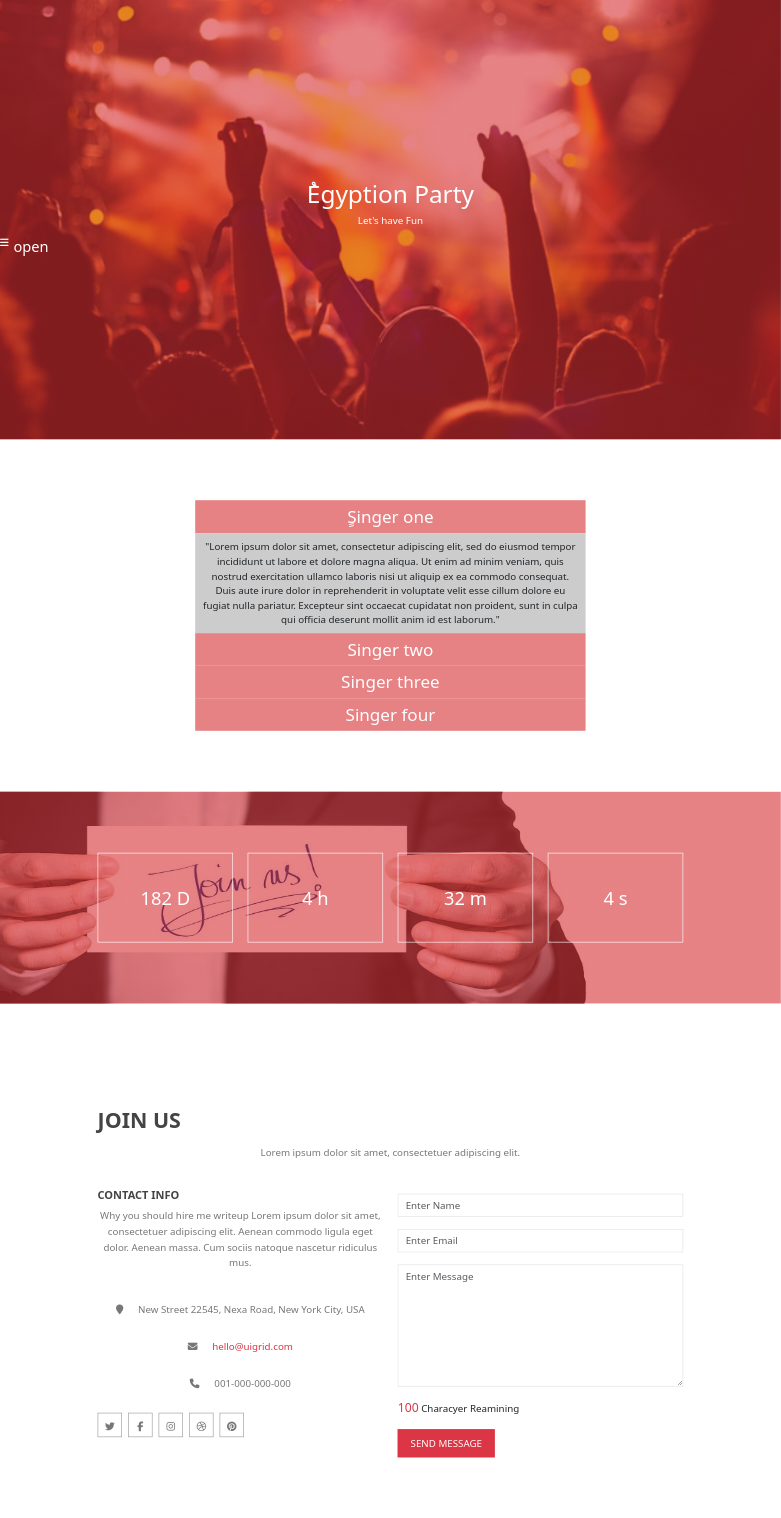
Repository: HagarYousry/jQuery
Page: index.html
These files come from the project's save history. The page is drawn as it stood at one moment and after the next save; the edit follows.
The browser window is 1280 px wide. The pictures show the whole page, at 61% of full size.

Above is the page before, as saved 2024-07-25 19:34:52.

After the next save:
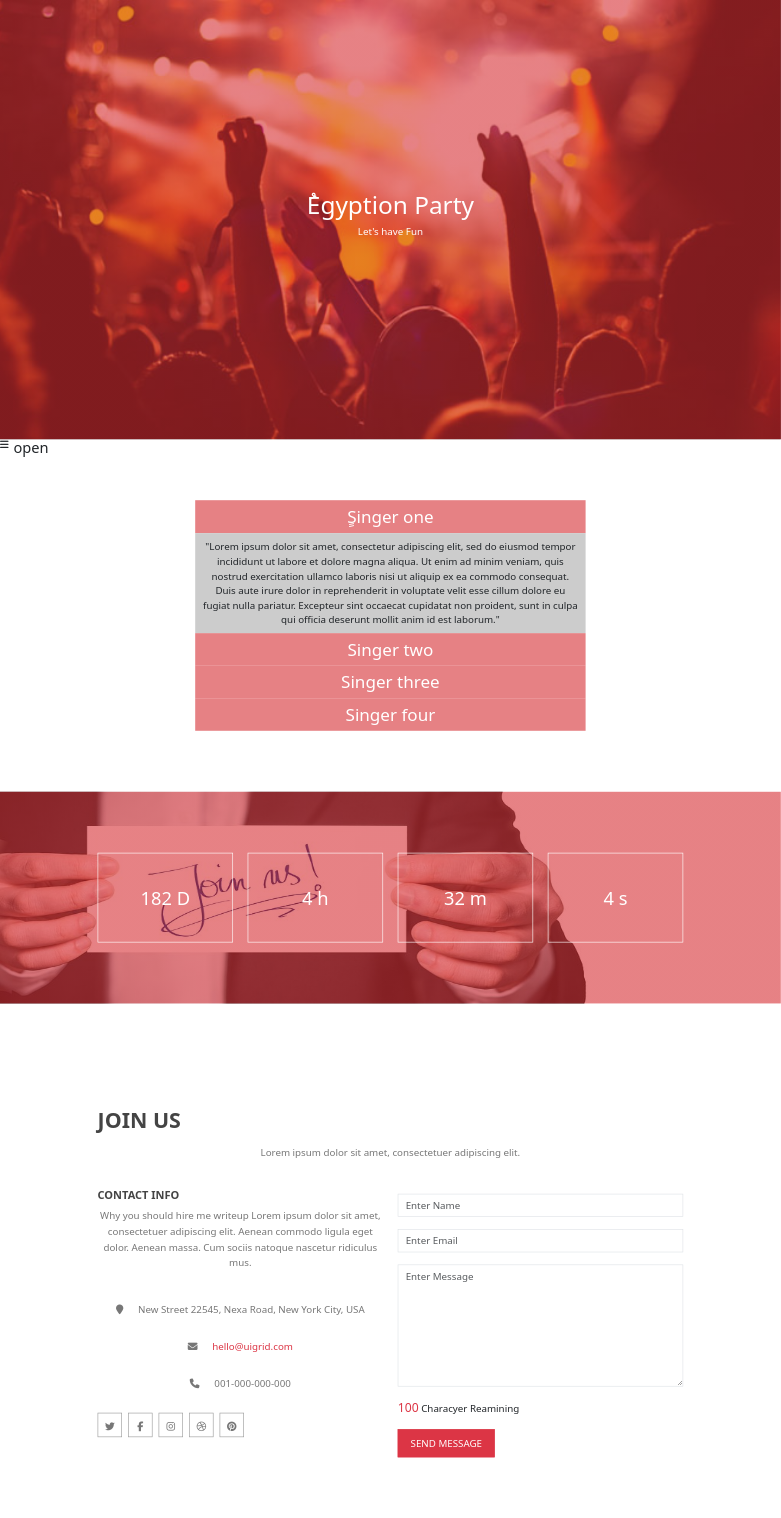
Saved 13 s later.
--- a/index.html
+++ b/index.html
@@ -29,11 +29,11 @@
             <div class="home-title d-flex justify-content-center align-items-center flex-column vh-100 text-white">
                 <h1>ُEgyption Party</h1>
                 <p>Let's have Fun</p>
-                <span class="navIcon d-flex flex-row align-self-start">
-                    <i class=" fa-solid fa-bars"></i>
-                    <h4 class="ms-2">open</h4>
-                </span>
-            </div>
+            </div>
+            <span class="navIcon d-flex flex-row align-self-start">
+                <i class=" fa-solid fa-bars"></i>
+                <h4 class="ms-2">open</h4>
+            </span>
 
 
     </div>

After the save that followed:
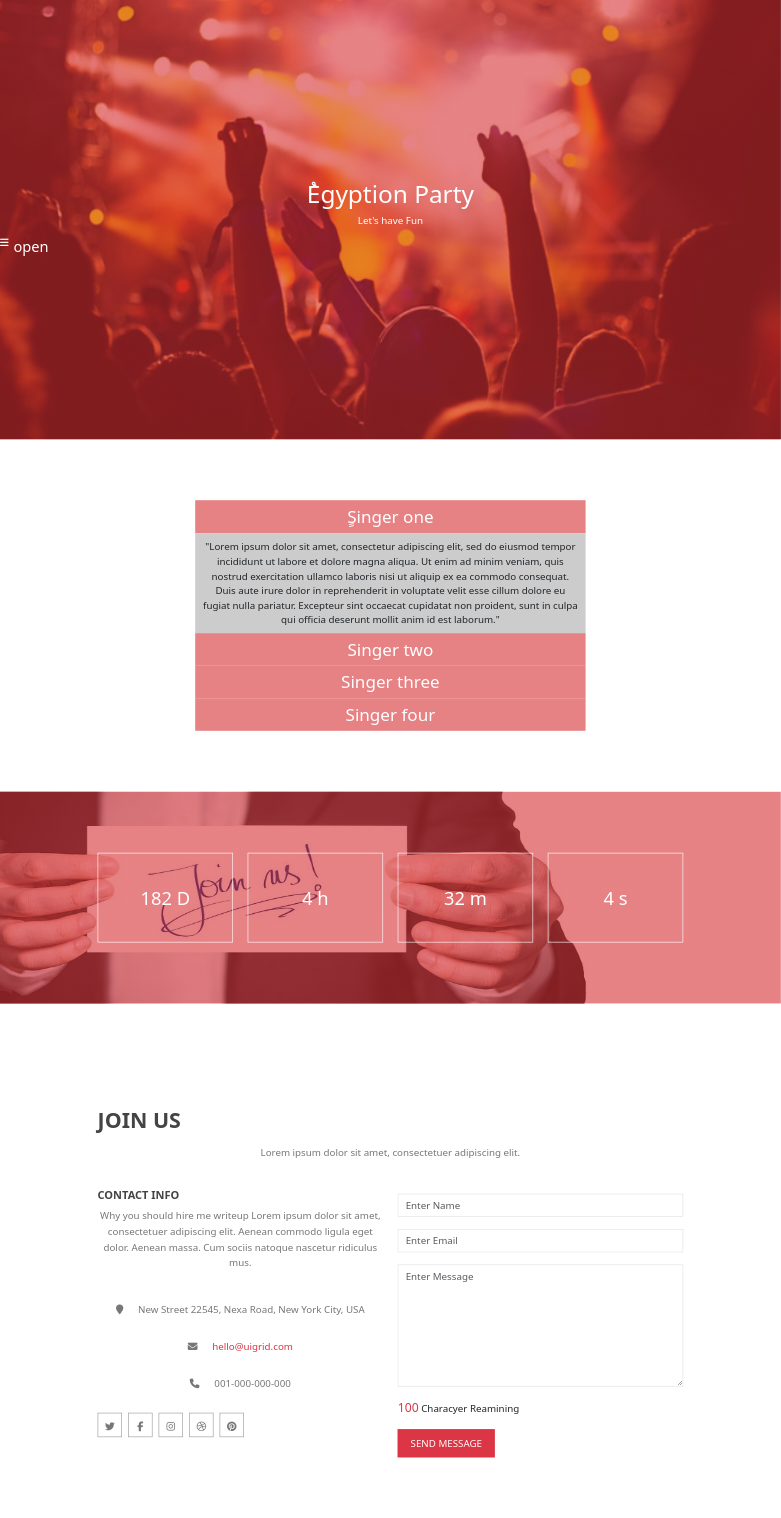
Saved 8 s later.
--- a/index.html
+++ b/index.html
@@ -29,11 +29,11 @@
             <div class="home-title d-flex justify-content-center align-items-center flex-column vh-100 text-white">
                 <h1>ُEgyption Party</h1>
                 <p>Let's have Fun</p>
-            </div>
-            <span class="navIcon d-flex flex-row align-self-start">
-                <i class=" fa-solid fa-bars"></i>
-                <h4 class="ms-2">open</h4>
-            </span>
+                <span class="navIcon d-flex flex-row align-self-start">
+                    <i class=" fa-solid fa-bars"></i>
+                    <h4 class="ms-2">open</h4>
+                </span>
+            </div>
 
 
     </div>
